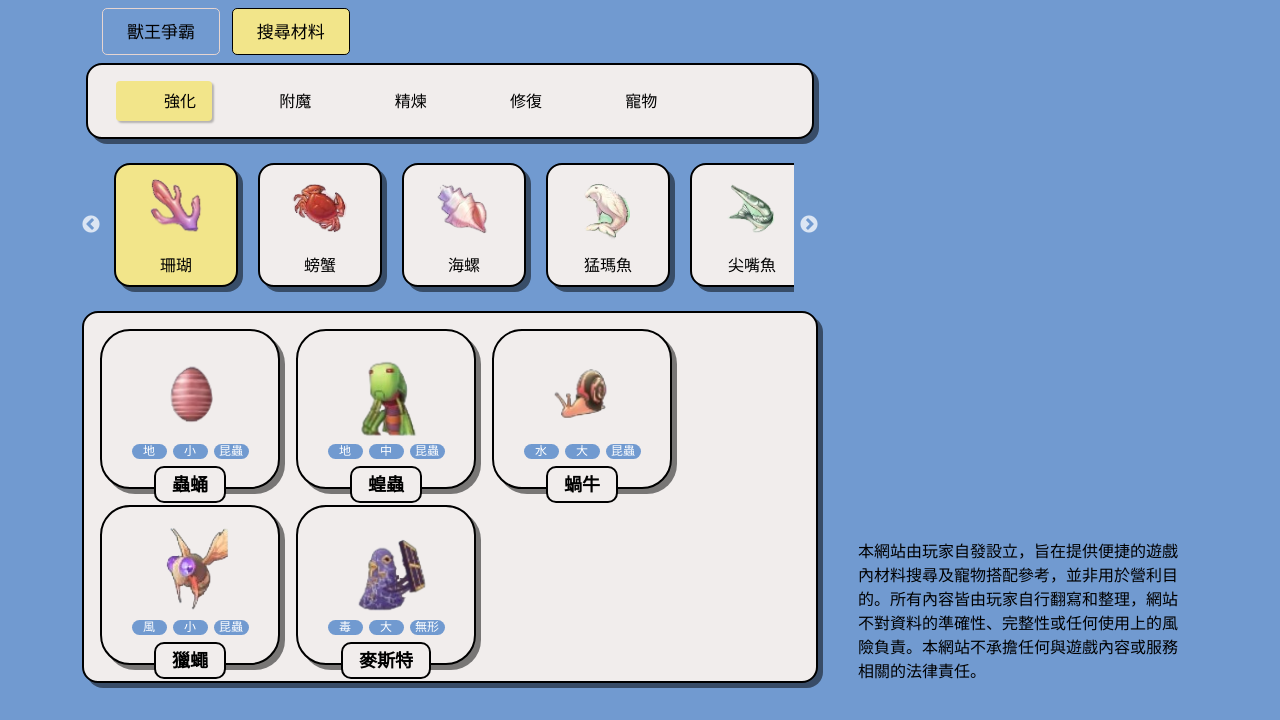
Repository: milu0925/RO-pet-select
Page: /material, after clicking the first element matching `div.material-card`
An editor plug-in stored every save of this project. The page is shown before and after the next save, followed by the edit.
The browser window is 1280 px wide. The pictures show the whole page.
The project was rebuilt for these pictures with package versions that can differ from the ones it lists, and the page was loaded fresh each time. The framework's server and built-in components were replaced by stand-ins that run in the browser. Also part of the build but not shown: next.config.mjs.

Above is the page before, as saved 2025-03-13 09:08:19.

### pages/_app.js
import 'bootstrap/dist/css/bootstrap.min.css';
import "../styles/globals.scss";
import "../styles/style.css";

export default function App({ Component, pageProps }) {
  return <Component {...pageProps} />;
}

### pages/_document.js
import { Html, Head, Main, NextScript } from "next/document";

export default function Document() {
  return (
    <Html lang="tw">
    <Head>
      <link rel="icon" href="/LOGO.svg" />
      <link
        href="https://fonts.googleapis.com/css2?family=Noto+Sans+TC:wght@400;700&display=swap"
        rel="stylesheet"
      />
      <link
        rel="stylesheet"
        type="text/css"
        charSet="UTF-8"
        href="https://cdnjs.cloudflare.com/ajax/libs/slick-carousel/1.8.1/slick.min.css"
      />
      <link
        rel="stylesheet"
        type="text/css"
        href="https://cdnjs.cloudflare.com/ajax/libs/slick-carousel/1.8.1/slick-theme.min.css"
      />
    </Head>
    <body>
      <Main />
      <NextScript />
    </body>
  </Html>
  );
}

### pages/material/index.js
import Head from "next/head";
import Image from "next/image";
import { getdata } from "@/actions/beastmaster";
import { useEffect, useState } from "react";
import Navbar from "@/component/navbar";
import MaterialLayout from "@/component/material-layout";
import Slider from "react-slick";
import "slick-carousel/slick/slick.css";
import "slick-carousel/slick/slick-theme.css";

export default function Material() {
    // 選擇select
    const [select,setSelect] = useState({select1:"strengthen",select2:""});
    const handleClick = (event) => {
      const name = event.currentTarget.dataset.name;
      const item = event.currentTarget.dataset.item;
      if(name) setSelect(prev=>({...prev,select1:name}))
      if(item) setSelect(prev=>({...prev,select2:item}))
    };

      // 資料
      const [data,setData] = useState({originaldata:[],monsterdata:[]})

        useEffect(()=>{
          getdata().then((res)=>{
          setData(prev=>({...prev,originaldata:res,monsterdata:res.monster}))
        });
        },[])

        const [click,setClick]=useState();

          // scroll
  const settings = {
    dots: false,
    infinite: true,
    speed: 300, // 減少速度
    slidesToShow: 4,
    slidesToScroll: 4,
    variableWidth: true,
    responsive: [
      {
        breakpoint: 1024,
        settings: {
          slidesToShow: 3,
          slidesToScroll: 3,
          infinite: true,
          dots: true,
        },
      },
      {
        breakpoint: 768,
        settings: {
          slidesToShow: 2,
          slidesToScroll: 2,
          initialSlide: 2,
        },
      },
    ],
  };
  return (
    <>
      <Head>
        <title>RO重生 - 材料搜尋</title>
      </Head>
      <MaterialLayout>
        <div data-name="strengthen" onClick={handleClick} className={`pointer py-2 px-5 ${select.select1 === 'strengthen' && 'frame active'}`}>強化</div>
        <div data-name="enchant" onClick={handleClick} className={`pointer py-2 px-5 ${select.select1 === 'enchant' && 'frame active'}`}>附魔</div>
        <div data-name="refine" onClick={handleClick} className={`pointer py-2 px-5 ${select.select1 === 'refine' && 'frame active'}`}>精煉</div>
        <div data-name="repair" onClick={handleClick} className={`pointer py-2 px-5 ${select.select1 === 'repair' && 'frame active'}`}>修復</div>
        <div data-name="other" onClick={handleClick} className={`pointer py-2 px-5 ${select.select1 === 'other' && 'frame active'}`}>寵物</div>
        <Slider {...settings}>
            {data.originaldata[select.select1]?.map((v,index)=>(
              <div key={index} className={`material-card black-block m-2 text-center ${select.select2 === v && 'active'}`} data-item={v} onClick={handleClick}>
              <div className="material-card-img"><Image
                  alt="material"
                  src={`/images/material/${v}.png`}
                  width={50}
                  height={50}
                /></div>
                <span>{v}</span>
              </div>))}
        </Slider>
          {data.monsterdata.filter((v) => v.item.includes(select.select2)).map((item,index) => (
            <div className={`black-block monster-card ${click?.name === item.name ? 'active':''}`} key={index} data-click={item.name} onClick={()=>setClick(item)}>
              <img className="img" alt="image" src={`/images/${item.name}.png`} />
              <div className="prop">
                <span>{item.property}</span>
                <span>{item.body}</span>
                <span>{item.ethnicity}</span>
              </div>
              <div className="black-block title">{item.name}</div>
        </div>))}
        {click && <div className="one-monster-data ">
            <div className="img">
              <Image
                src={`/images/${click.name}.png`}
                alt="monster"
                width="150"
                height="150"
              />
            </div>
            <div className="label">
              <div className="attr">{click.property}</div>
              <div className="eth">{click.body}</div>
              <div className="shape">{click.ethnicity}</div>
            </div>
            <div className="label1">
              <div className="level">Lv.{click.level}</div>
              <div className="type">{click.type === "special" ? "稀有" : "一般"}寵物</div>
              <div className="name">{click.name}</div>
            </div>
          </div>}
    </MaterialLayout>
    </>
  );
}

### styles/globals.scss
:root {
  --primary-color: 113, 154, 208;
  --accent-color: 242, 229, 138;
  --body: 241, 237, 236;
  --pink: 230, 213, 209;
  --black: 0, 0, 0;
  --question: 68, 89, 168;
  --select: 83, 83, 83;
}

* {
  box-sizing: border-box;
}

body {
  background: rgb(var(--primary-color));
  margin: 0;
  color: black;
  -webkit-overflow-scrolling: touch;
  a {
    text-decoration: none;
    color: black;
    &:active {
      color: inherit;
      text-decoration: none;
    }
    &:visited {
      color: inherit;
      text-decoration: none;
    }
  }
  ul,
  li {
    list-style-type: none;
    margin: 0;
    padding: 0;
  }
  button {
    border: 0;
    background: transparent;
  }
  header {
    position: sticky;
    top: 0;
    z-index: 99;
  }
  select {
    background: transparent;
    border: none;
    &:focus {
      outline: none;
    }
  }
  i {
    font-style: normal;
  }
}

@font-face {
  font-family: "zpix";
  src: url(/fonts/zpix.ttf);
}

// navbar
.navbar-layout{
  display: flex;
  gap: 12px;
  a{
    padding: 8px 12px;
    height: auto;
    display: flex;
    justify-content: center;
    align-items: center;
  }
}


// monster

.select {
  width: 100%;
  padding: 8px 32px;
  font-size: 16px;
  border: 1px solid #ccc;
  .option {
    background-color: #f0f0f0;
    color: black;
    font-size: 14px;
    padding: 10px;
  }
}

.black-block {
  position: relative;
  background: rgb(var(--body));
  border: 2px solid rgb(var(--black));
  border-radius: 16px;
  box-shadow: 5px 5px rgba(var(--black), 0.5);
}

.monster-card {
  width: 180px;
  height: 160px;
  border-radius: 30px;
  position: relative;
  display: flex;
  flex-direction: column;
  align-items: center;
  justify-content: center;
  cursor: pointer;
  .img {
    height: 100px;
  }
  input[type="checkbox"],
  input[type="radio"] {
    display: none;
  }
  .title {
    position: absolute;
    bottom: -16px;
    width: min-content;
    border-radius: 10px;
    box-shadow: none;
    font-weight: bolder;
    display: flex;
    justify-content: center;
    align-items: center;
    font-size: 18px;
    border-width: 2px;
    white-space: nowrap;
    text-overflow: ellipsis;
    padding: 3px 16px;
  }
  .prop {
    height: 30px;
    display: flex;
    gap: 6px;
    font-size: 12px !important;
    span {
      font-family: Georgia, "Times New Roman", Times, serif;
      color: white;
      width: 35px;
      height: 15px;
      border-radius: 50px;
      background-color: rgb(var(--primary-color));
      display: flex;
      justify-content: center;
      align-items: center;
    }
  }
  &.active {
    background: #ffcc00;
  }
}

.delete-td {
  cursor: pointer;
}

.block{
  height: 100px;
}
.question {
  cursor: pointer;
  position: relative;
  z-index: 3;
  width: 80px;
  height: 80px;
  border-radius: 50%;
  border: 3px solid black;
  background: #4459a8;
  i {
    font-size: 36px;
  }
}
.question-block {
  position: absolute;
  top: 30px;
  left: 20px;
  bottom: 10px;
  z-index: 5;
  width: 95%;
  padding: 2rem;
  > button {
    cursor: pointer;
    position: absolute;
    right: -60px;
    top: -15px;
    border-radius: 50%;
    transform: rotate(45deg);
    svg {
      font-size: 80px;
    }
  }
  .skill-list {
    display: flex;
    justify-content: space-between;
  }
}

// material

.material-card {
  cursor: pointer;
  padding: 8px 12px;
  width: 100%; /* 確保卡片寬度自適應 */
  display: flex;
  flex-direction: column;
  align-items: center; /* 將內容垂直居中 */

  .material-card-img {
    display: flex;
    justify-content: center;
    align-items: center;
    width: 100%; /* 使圖片容器寬度自適應 */
    height: auto; /* 確保圖片容器高度自動調整 */

    img {
      width: 80px;  /* 設定圖片寬度 */
      height: 80px; /* 設定圖片高度 */
      object-fit: contain; /* 保證圖片不變形，並保持其完整性 */
    }
  }

  span {
    margin-top: 8px; /* 提供一些間距，避免文字太緊 */
    text-align: center; /* 確保文字居中 */
    white-space: nowrap; /* 避免文字換行 */
    overflow: hidden; /* 隱藏超出範圍的文字 */
    text-overflow: ellipsis; /* 使用省略號顯示超過範圍的文字 */
  }
}

.monster-scroll{
  overflow: hidden;
  // overflow-y: scroll;
}

.monster-id{
  min-height: 300px;
}

.slick-slide {
  margin: 0 10px; /* 每個滑動項目左右各有 10px 間距 */
}

.one-monster-data {
  margin-left: auto;
  padding: 16px;
  width: 90%;
  height: 200px;
  position: relative;
  background: white;
  border-radius: 12px;
  border: 3px solid rgb(190, 189, 189);
  box-shadow: 5px 5px 5px rgba(0, 0, 0, 0.486);
  img {
    width: 100%;
    object-fit: contain;
  }
  .label {
    position: absolute;
    left: -32px;
    top: 30px;
    display: flex;
    flex-direction: column;
    justify-content: space-between;
    gap: 16px;
    width: 100%;
    .attr {
      border: 2px solid rgb(247, 246, 246);
      box-shadow: 1px 1px rgb(83, 83, 83);
      display: flex;
      justify-content: center;
      align-items: center;
      color: white;
      background: #7ed9cd;
      width: 60px;
      padding: 3px 5px;
      white-space: nowrap;
    }
    .shape {
      border: 2px solid rgb(247, 246, 246);
      box-shadow: 1px 1px rgb(83, 83, 83);
      display: flex;
      justify-content: center;
      align-items: center;
      color: white;
      background: #80a9df;
      width: 90px;
      padding: 3px 5px;
      white-space: nowrap;
    }
    .eth {
      border: 2px solid rgb(247, 246, 246);
      box-shadow: 1px 1px rgb(83, 83, 83);
      display: flex;
      justify-content: center;
      align-items: center;
      color: white;
      background: #6cbf97;
      width: 60px;
      padding: 3px 5px;
      white-space: nowrap;
    }
  }
  .name {
    position: absolute;
    top: 0;
    right: 0;
    padding: 12px 20px 0 0;
    font-size: 30px;
    font-weight: bolder;
    font-family: Georgia, "Times New Roman", Times, serif;
    color: rgb(var(--primary-color));
    text-shadow: 2px 2px 0px rgba(0, 0, 0, 0.2);
  }
  .level {
    position: absolute;
    bottom: 0;
    right: 16px;
    font-size: 36px;
    font-weight: bolder;
    padding: 0 0 3px 28px;
    font-family: Georgia, "Times New Roman", Times, serif;
    color: rgba(0, 0, 0, 0.2);
  }
  .type{
    position: absolute;
    bottom: 70px;
    right: 30px;
    padding: 6px;
    font-family: Georgia, "Times New Roman", Times, serif;
    display: flex;
    justify-content: center;
    align-items: center;
    color:  rgb(var(--black));
    font-weight: bolder;
    text-shadow: 1px 1px 0px rgba(0, 0, 0, 0.2);
  }
}

// active color

.active{
  background-color: rgb(var(--accent-color));
}

.pointer{
  cursor: pointer;
}

.frame{
  border-radius: 4px;
  box-shadow: 2px 2px 2px rgba(0, 0, 0, 0.25);
}




@media screen and (max-width: 768px) {
  .navbar-layout{
      justify-content: center;
  }
  .question{
    position: absolute;
    top: 8px;
    width: 40px;
    height: 40px;
    i {
      font-size: 16px;
    }
  }
  .pet-show{
    margin-bottom: 4rem;
  }
  .monster-card{
    margin-bottom:18px;
    width: 150px;
  }

}

### styles/style.css
@font-face {
  font-family: 'icomoon';
  src:  url('fonts/icomoon.eot?i4lp2f');
  src:  url('fonts/icomoon.eot?i4lp2f#iefix') format('embedded-opentype'),
    url('fonts/icomoon.ttf?i4lp2f') format('truetype'),
    url('fonts/icomoon.woff?i4lp2f') format('woff'),
    url('fonts/icomoon.svg?i4lp2f#icomoon') format('svg');
  font-weight: normal;
  font-style: normal;
  font-display: block;
}

[class^="icon-"], [class*=" icon-"] {
  /* use !important to prevent issues with browser extensions that change fonts */
  font-family: 'icomoon' !important;
  speak: never;
  font-style: normal;
  font-weight: normal;
  font-variant: normal;
  text-transform: none;
  line-height: 1;

  /* Better Font Rendering =========== */
  -webkit-font-smoothing: antialiased;
  -moz-osx-font-smoothing: grayscale;
}

.icon-question:before {
  content: "\e904";
  color: #fff;
}
.icon-select .path1:before {
  content: "\e902";
  color: rgb(83, 83, 83);
}
.icon-select .path2:before {
  content: "\e903";
  margin-left: -0.9306640625em;
  color: rgb(0, 0, 0);
}
.icon-monster:before {
  content: "\e900";
}
.icon-fight:before {
  content: "\e901";
}

### actions/beastmaster.js
export const getdata = async () => {
    try {
        const response = await fetch("/ro.json");
        return await response.json();
    } catch (error) {
        console.log(error,'未抓取到資料');

    }
}

### component/navbar.js
import React from 'react'
import Link from 'next/link'
import style from './navbar.module.scss'
import { useRouter } from 'next/router';
export default function Navbar() {
  const router = useRouter();
  const { pathname } = router;
  console.log(pathname,'d');

  return (
    <div className='navbar-layout ms-auto'>
      <div className={`${style.button} ${pathname == "/beastmaster" ? style.active : ''}`}>
        <Link href="/beastmaster">獸王爭霸</Link>
      </div>
      <div className={`${style.button} ${pathname == "/material" ? style.active : ''}`}>
        <Link href="/material">搜尋材料</Link>
      </div>
</div>
  )
}

### component/material-layout.js
import React from 'react'
import Navbar from './navbar'
export default function MaterialLayout({ children }) {
  return (
    <div className="container">
         <div className="row m-2"> <Navbar /></div>
      <div className="row">
        <div className="col-12 col-md-8">
        <div className="row p-3 black-block mx-1">
          <div className="col-6 col-md-2 text-nowrap">{children[0]}</div>
          <div className="col-6 col-md-2 text-nowrap">{children[1]}</div>
          <div className="col-6 col-md-2 text-nowrap">{children[2]}</div>
          <div className="col-6 col-md-2 text-nowrap">{children[3]}</div>
          <div className="col-6 col-md-2 text-nowrap">{children[4]}</div>
        </div>
            <div className='p-3 px-4 rounded'>{children[5]}</div>
            <div className='p-3 black-block monster-scroll'><div className='d-flex flex-wrap gap-3'>{children[6]}</div></div>
        </div>
        <div className="col-12 col-md-4 d-flex flex-column justify-content-between">
          <div className='block'></div>
          <div className='monster-id'>{children[7]}</div>
          <div className='px-3'>本網站由玩家自發設立，旨在提供便捷的遊戲內材料搜尋及寵物搭配參考，並非用於營利目的。所有內容皆由玩家自行翻寫和整理，網站不對資料的準確性、完整性或任何使用上的風險負責。本網站不承擔任何與遊戲內容或服務相關的法律責任。
        </div>
        </div>
      </div>
    </div>
  )
}

### component/navbar.module.scss
/* From Uiverse.io by nikk7007 */
.button {
    // --color: #00A97F;
    --color: rgb(var(--pink));
    padding: 0.1em 0.7em;
    background-color: transparent;
    border-radius: .3em;
    position: relative;
    overflow: hidden;
    cursor: pointer;
    transition: .5s;
    font-weight: 400;
    font-size: 17px;
    border: 1px solid;
    font-family: inherit;
    text-transform: uppercase;
    color: var(--color);
    z-index: 1;
   }

   .button::before, .button::after {
    content: '';
    display: block;
    width: 50px;
    height: 50px;
    transform: translate(-50%, -50%);
    position: absolute;
    border-radius: 50%;
    z-index: -1;
    background-color: var(--color);
    transition: 1s ease;
   }

   .button::before {
    top: -1em;
    left: -1em;
   }

   .button::after {
    left: calc(100% + 1em);
    top: calc(100% + 1em);
   }

   .button:hover::before, .button:hover::after {
    height: 210px;
    width: 210px;
   }

   .button:hover {
    color: rgb(10, 25, 30);
   }

   .button:active {
    filter: brightness(.8);
   }


   .active{
    background-color: rgb(var(--accent-color)) !important;
    color: black;
   }

Loaded but not shown: public/ro.json (2228 lines, source omitted)

After the next save:
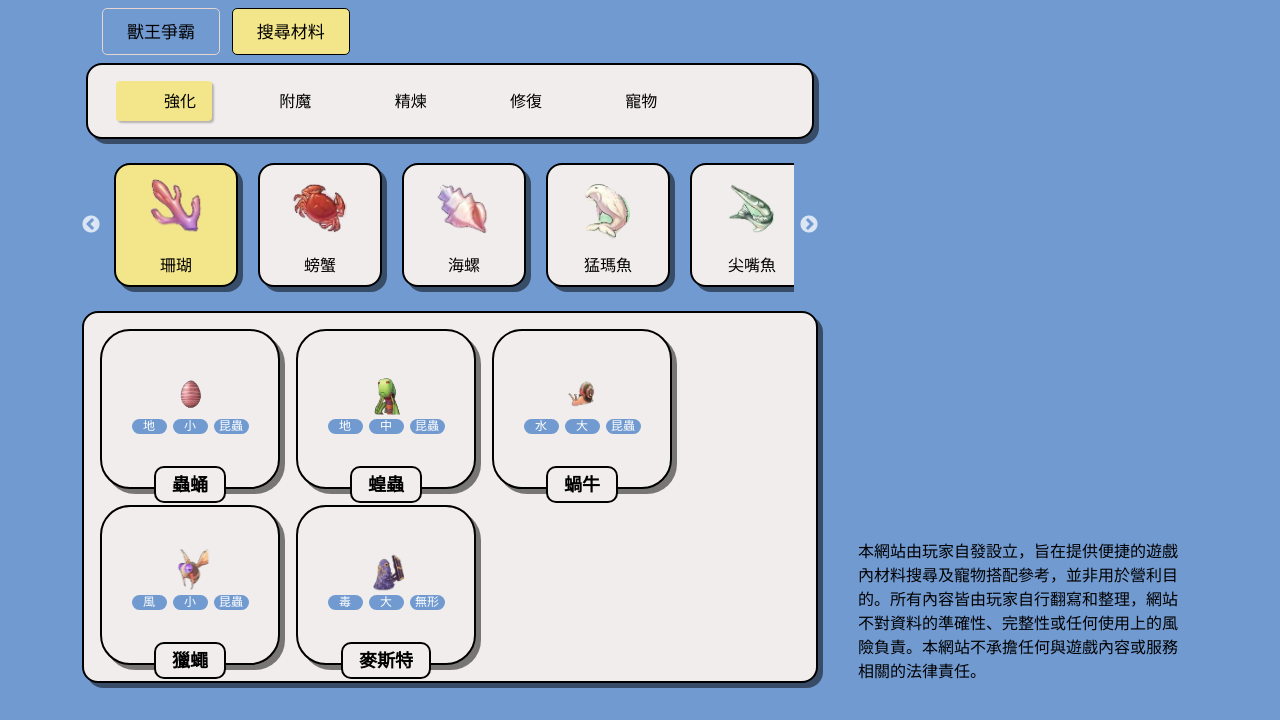
Saved 66 s later.
--- a/pages/material/index.js
+++ b/pages/material/index.js
@@ -82,7 +82,12 @@ export default function Material() {
         </Slider>
           {data.monsterdata.filter((v) => v.item.includes(select.select2)).map((item,index) => (
             <div className={`black-block monster-card ${click?.name === item.name ? 'active':''}`} key={index} data-click={item.name} onClick={()=>setClick(item)}>
-              <img className="img" alt="image" src={`/images/${item.name}.png`} />
+              <Image
+                  alt="image"
+                  src={`/images/${item.name}.png`}
+                  width={50}
+                  height={50}
+                />
               <div className="prop">
                 <span>{item.property}</span>
                 <span>{item.body}</span>
